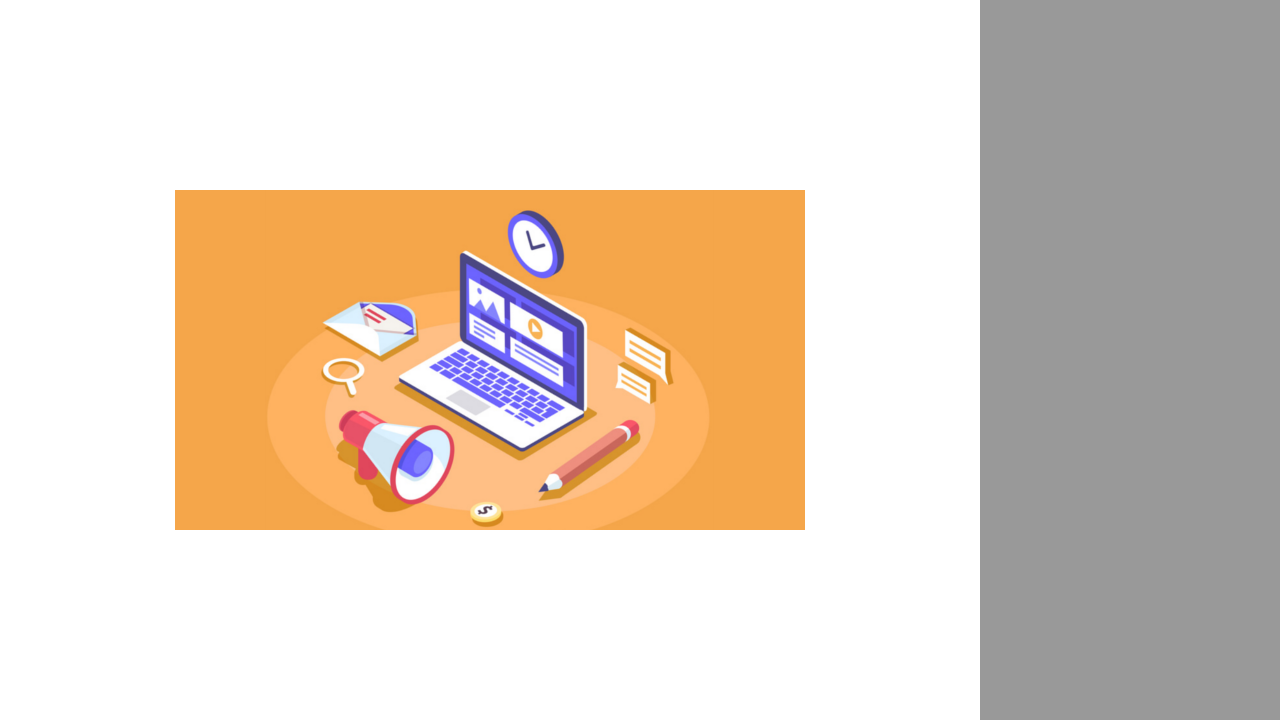
Repository: rafavirginio/tela-de-login
Page: index.html
These files come from the project's save history. The page is drawn as it stood at one moment and after the next save; the edit follows.
The browser window is 1280 px wide. The pictures show the whole page.

Above is the page before, as saved 2020-09-14 23:13:01.

After the next save:
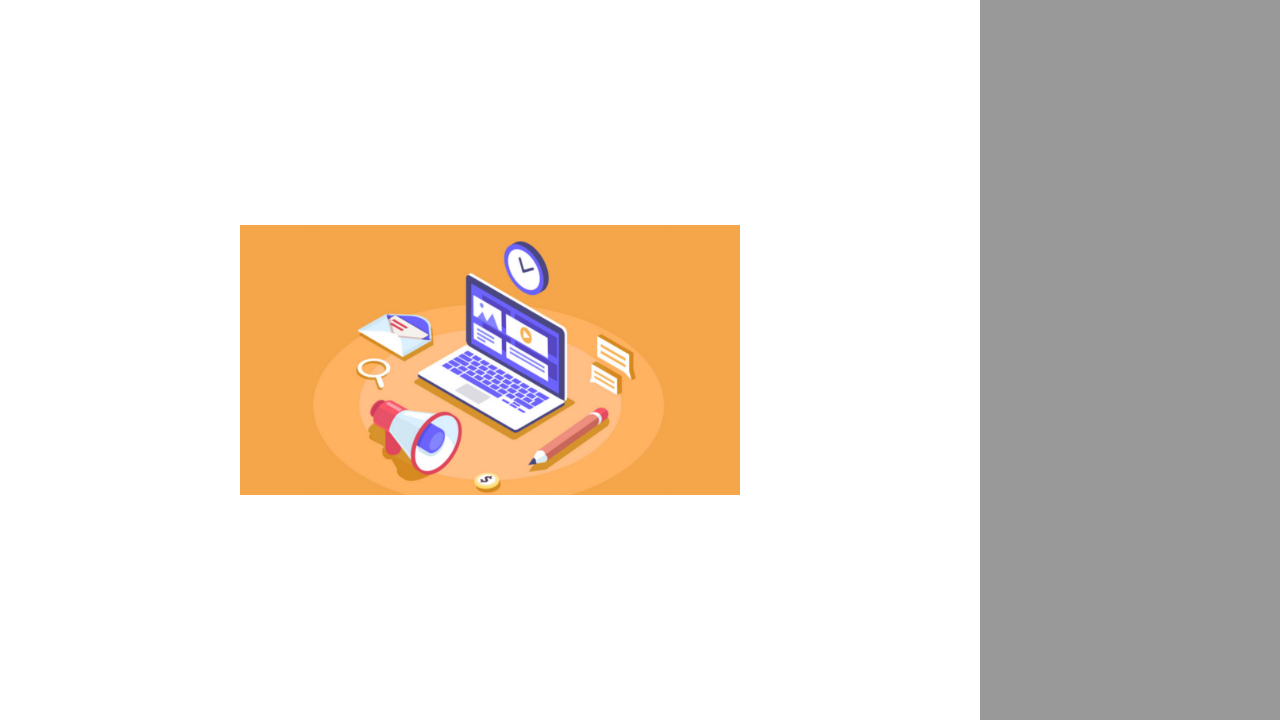
Saved 29 s later.
--- a/style.css
+++ b/style.css
@@ -15,7 +15,7 @@
 }
 
 .leftside img {
-    max-width: 500%;
+    max-width: 500px;
     height: auto;
 }
 
